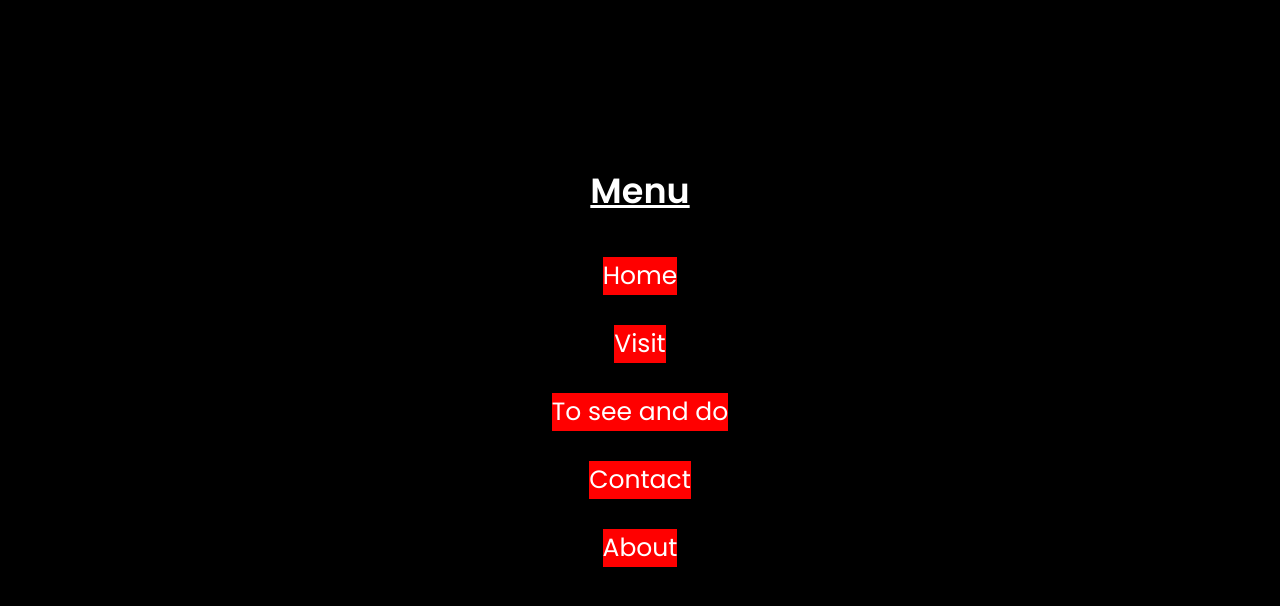
Repository: EpleWasTaken/Semester-Project
Page: index.html
The author's editor kept a copy of each file at every save. The page is drawn from the files as they stood at one save, then again after the next save.
The browser window is 1280 px wide. The pictures show the window.
A layer covers the whole window, so only the first screen is drawn. Some web libraries are served in a nearby version.

Above is the page before, as saved 2020-12-07 11:38:23.

### index.html
<!DOCTYPE html>
<html lang="en">
<head>
    <meta charset="UTF-8">
    <meta name="viewport" content="width=device-width, initial-scale=1.0">
    <meta name="keywords" content="museum, science museum, community museum">
    <meta name="author" content="Erlend Molvik Svanevik">
    <title>CSM Home Page</title>

    <link rel="preconnect" href="https://fonts.gstatic.com">
    <link href="https://fonts.googleapis.com/css2?family=Poppins:ital,wght@0,100;0,200;0,300;0,400;0,500;0,600;1,100;1,200;1,300;1,400;1,500;1,600&display=swap" rel="stylesheet">
    <link rel="stylesheet" href="/css/styles.css">
    <link rel="stylesheet" href="/css/footer.css">
    <link rel="stylesheet" href="/css/hamburger.css">
    <script src="https://kit.fontawesome.com/cafca22d75.js" crossorigin="anonymous"></script>
</head>


<!--NAVIGAION, LOGO AND SEARCH BAR-->


<body>
    <header>
        <div class="logo-container">
            <a href="index.html" aria-label="Go to frontpage">
                <img src="/Images/CommunityScienceMuseum.jpg" class="logo" alt="Community Science Museum logo">
            </a>
        </div>
        <label class="hamburger-menu" for="hamburger-menu" aria-label="Hamburger menu for navigation"><i class="fas fa-bars fa-2x"></i></label>
        <input type="checkbox" id="hamburger-menu">
        <nav>
            <div class="nav-container">
                <ul class="nav-top">
                    <h2>Menu</h2>
                    <li><a href="index.html" aria-label="Go to home page">Home</a></li>
                    <li><a href="visit.html" aria-label="Go to the visit page">Visit</a></li>
                    <li><a href="to-see-and-do.html" aria-label="Go to: To see and do">To see and do</a></li>
                    <li><a href="contact.html" aria-label="Go to the contact page">Contact</a></li>
                    <li><a href="about.html" aria-label="Go to the about page">About</a></li>
                </ul>
            </div>
        </nav>
    </header>


<!--CONTENT-->


<main>
    <section class="presentation">
        <div class="introduction">
            <div class="welcome-text">
                <h1>Explore together</h1>
                <p>Come join us at the Community Science Museum where we’re committed to making science accessible to all.</p>
            </div>
            <div class="home-image">
                <img src="/Images/200kbmuseum.jpg" class="homepic" alt="Scinence museum hallway">
            </div>
            <div>
                <h3>For kids</h3>
                <p>Are you a young person looking to learn more about science? Come on down to our museum, there’s plenty to see and do.
                   You can learn about Newtonian physics from our bumper swing, or why not travel back in time and meet our resident Woolly Mammoth? Our exhibits are designed to be accessible for interested minds, so make sure you come ready to learn and explore.
                   We also have the Young Stars club which meets once a week on a Saturday between 10:00 and 13:00 where you’ll get to explore and experiment with our team of experts.
                   During the school holidays we run special holiday clubs where you can join other children your age to go on a journey of discovery. Each holiday we pick a new theme to explore. To find out more about the holiday club and how you can join, send us a message.
                </p>
            </div>
            <div>
                </a>
                <h3>What's new?</h3>
                <p>Lorem ipsum dolor sit amet consectetur adipisicing elit. Odio natus nihil soluta deleniti fuga consequuntur quos suscipit ratione,
                ipsam, laboriosam dolorum, veritatis saepe beatae incidunt eos autem fugit commodi sequi!</p>
            </div>
        </div>
    </section>
</main>



<!--FOOTER, TOS/LEGAL/PRIVACY-POLICY AND SOCIALS-->


    <footer class="footer">
        <div class="footer-container">
            <ul class="footer-social">
                <li>
                    <a href="#0" class="facebook"><i class="fab fa-facebook"></i></a>
                </li>
                <li>
                    <a href="#0" class="twitter"><i class="fab fa-twitter"></i></a>
                </li>
                <li>
                    <a href="#0" class="youtube"><i class="fab fa-youtube"></i></a>
                </li>
            </ul>
        </div>
        <div class="footer-container">
            <div class="footer-legal">
                <a href="#0">Legal</a>
                <a href="#0">Privacy Policy</a>
                <a href="#0">Terms of Service</a>
            </div>
            <div class="footer-copyright">
                <p>&copy; Erlend Svanevik. All rights reserved. All trademarks and registerd trademarks are the property of
                   their respective owners.</p>
            </div>
        </div>
    </footer>
</body>
</html>

### css/styles.css
* {
	margin: 0px;
	padding: 0px;
	box-sizing: border-box;
}

body {
	font-family: 'poppins', sans seriff;
	background-color: white;
}

header {
	display: flex;
	background-color: black;
}

.logo {
	max-width: 125px;
}

.logo-container {
	height: 66.41px;
}

/* NAVIGATION/HAMBURGER MENU/CLICKEBLE
-------------------------------------------*/

/*PICTURES
-----------------------------------------------*/

.homepic {
	width: auto;
	max-width: 100%;
	height: auto;
}

/*TEXT/FONT/TEXT ALIGNMENY
--------------------------------------------------*/

h1 {
	display: flex;
	align-items: center;
	justify-content: center;
	margin-left: auto;
	margin-right: auto;
	font-weight: 600;
	font-size: 30px;
	margin: 40px;
	text-align: center;
}

h3 {
	display: flex;
	align-items: center;
	justify-content: center;
	font-weight: 600;
	font-size: 20px;
	margin: 40px;
	text-align: center;
}

h2 {
	display: flex;
	align-items: center;
	justify-content: center;
	margin-left: auto;
	margin-right: auto;
	font-weight: 600;
	font-size: 20px;
	margin: 40px;
	text-align: center;
}

p {
	display: flex;
	align-items: center;
	justify-content: center;
	font-weight: 600;
	font-size: 15px;
	margin: 40px;
	max-width: 70%;
	margin-left: auto;
	margin-right: auto;
	text-align: center;
}

.open-hours p {
	margin: 20px;
	margin-left: auto;
	margin-right: auto;
	align-items: center;
	justify-content: center;
	text-align: center;
}

.footer-copyright {
	display: flex;
	flex-direction: column;
	justify-content: center;
	align-items: center;
	text-align: center;
}

.contact-container {
	display: flex;
	flex-direction: row;
	align-items: center;
}

.mail {
	display: flex;
	justify-content: center;
	align-items: center;
}

/* GRID Container */
.visit {
	display: flexbox;
	flex-direction: column;
}

@media screen and (min-width: 1024px) {
	header {
		height: 159.38px;
	}

	.logo {
		display: flex;

		max-width: 300px;
	}

	.homepic {
		display: flex;
		flex-direction: column;
		justify-content: center;
		align-items: center;
		max-width: 1664px;
		margin-left: auto;
		margin-right: auto;
	}

	h1 {
		display: flex;
		align-items: center;
		justify-content: center;
		font-family: 'poppins', sans-serif;
		font-weight: 600;
		font-size: 60px;
		margin: 40px;
	}

	p {
		display: flex;
		align-items: center;
		justify-content: center;
		font-family: 'poppins', sans-serif;
		font-weight: 600;
		font-size: 20px;
		margin: 40px;
		max-width: 50%;
		margin-left: auto;
		margin-right: auto;
	}

	h3 {
		display: flex;
		align-items: center;
		justify-content: center;
		font-family: 'poppins', sans-serif;
		font-weight: 600;
		font-size: 40px;
		margin: 40px;
	}
}

@media screen and (min-width: 1024px) {
	.visit {
		display: grid;
		grid-template-areas: none;
	}
}

### css/footer.css
/* FOOTER */

* {
	padding: 0;
	margin: 0;
	box-sizing: border-box;
}

footer {
	display: flex;
	flex-direction: column;
	justify-content: center;
	align-items: center;
	background-color: black;
	font-family: 'Poppins', sans-serif;
	font-weight: 600;
	padding: 10px;
}

.footer-container {
	display: flex;
	flex-direction: column;
	justify-content: center;
	align-items: center;
}

.footer-social {
	font-size: 35px;
}

.footer-social li a {
	color: white;
}

.footer-legal {
	display: flex;
	flex-direction: column;
	text-decoration: none;
	align-items: center;
	justify-content: center;
	font-size: 20px;
}

.footer-legal a {
	display: flex;
	text-decoration: none;
	flex-direction: row;
	padding: 15px;
}

.footer-social li a.facebook:hover {
	color: #3b5998;
}

.footer-social li a.twitter:hover {
	color: #00acee;
}

.footer-social li a.youtube:hover {
	color: #c4302b;
}

.footer-legal a {
	color: white;
}

.footer-legal a:hover {
	color: #021859;
}

.footer-copyright {
	display: flex;
	flex-direction: column;
	text-decoration: none;
	font-size: 14px;
	color: teal;
}

ul {
	list-style: none;
}

@media screen and (min-width: 1024px) {
	.footer-legal {
		display: flex;
		flex-direction: row;
		justify-content: center;
		align-items: center;
	}

	.footer-legal a {
		display: flex;
		flex-direction: row;
		justify-content: center;
		align-items: center;
		padding: 20px;
	}

	.footer-social {
		display: flex;
		flex-direction: row;
		justify-content: center;
		align-items: center;
		text-decoration: none;
	}

	.footer-container {
		text-decoration: none;
	}

	.footer-social li {
		display: flex;
		flex-direction: row;
		text-decoration: none;
		margin: 15px;
	}
}

### css/hamburger.css
* {
	margin: 0;
	padding: 0;
	box-sizing: border-box;
}

nav {
	display: none;
}

label.hamburger-menu {
	display: block;
	height: 48px;
	padding: 16px;
	position: absolute;
	right: 0;
	top: 0;
	color: white;
	z-index: 1;
}

.nav-container {
	display: flex;
	flex-direction: column;
	align-items: center;
	position: fixed;
	top: 0;
	right: 0;
	background-color: black;
	width: 100%;
	height: 100vh;
	justify-content: center;
}

ul a {
	display: flex;
	text-decoration: none;
	font-size: 25px;
	justify-content: space-between;
	list-style-type: none;
	color: white;
	margin: 15px;
	font-weight: 400;
	align-items: center;
}

ul h2 {
	display: flex;
	text-decoration: underline;
	font-size: 35px;
	justify-content: space-between;
	list-style-type: none;
	color: white;
	margin: 25px;
	font-weight: 600;
	align-items: center;
}

ul {
	display: flex;
	flex-direction: column;
	justify-content: center;
	align-items: center;
}

#hamburger-menu {
	display: none;
}

#hamburger-menu:checked ~ nav {
	display: block;
}

@media screen and (min-width: 1024px) {
	label.hamburger-menu {
		display: none;
	}

	nav {
		display: flex;
		flex-direction: column;
	}

	.nav-container {
		display: flex;
		flex-direction: column;
	}

	ul a {
		display: flex;
		flex-direction: column;
		background-color: red;
	}

	#hamburger-menu {
		display: none;
	}

	#hamburger-menu:checked ~ nav {
		display: none;
	}
}

After the next save:
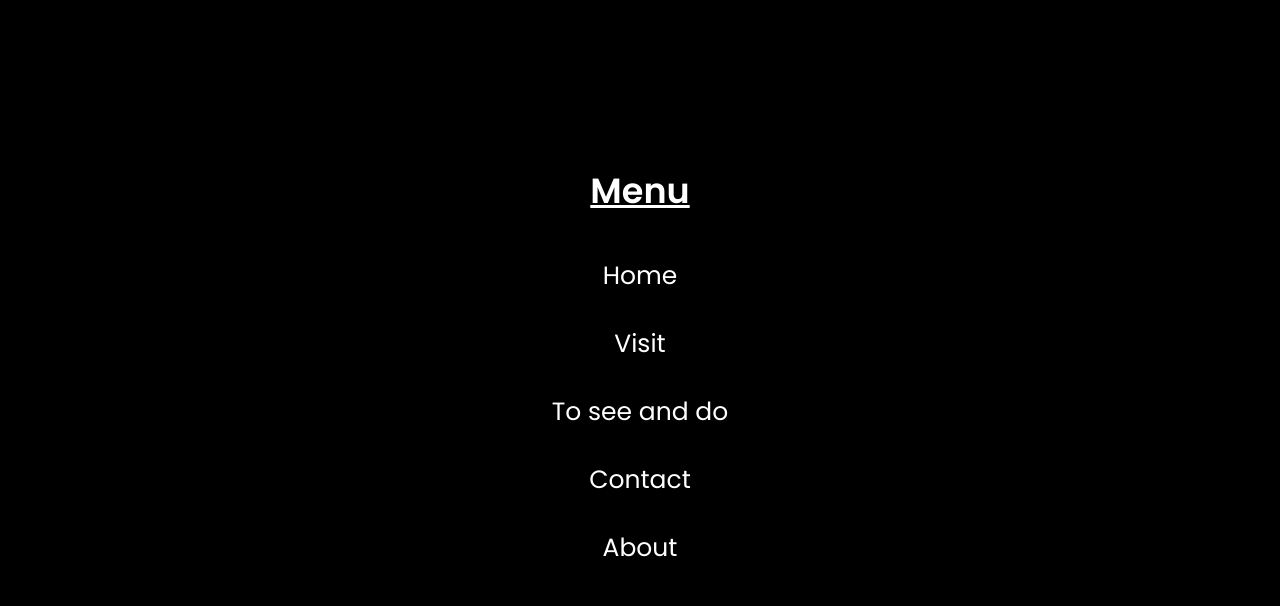
Saved 24 s later.
--- a/css/hamburger.css
+++ b/css/hamburger.css
@@ -89,7 +89,7 @@ ul {
 	ul a {
 		display: flex;
 		flex-direction: column;
-		background-color: red;
+		background-color: ;
 	}
 
 	#hamburger-menu {
